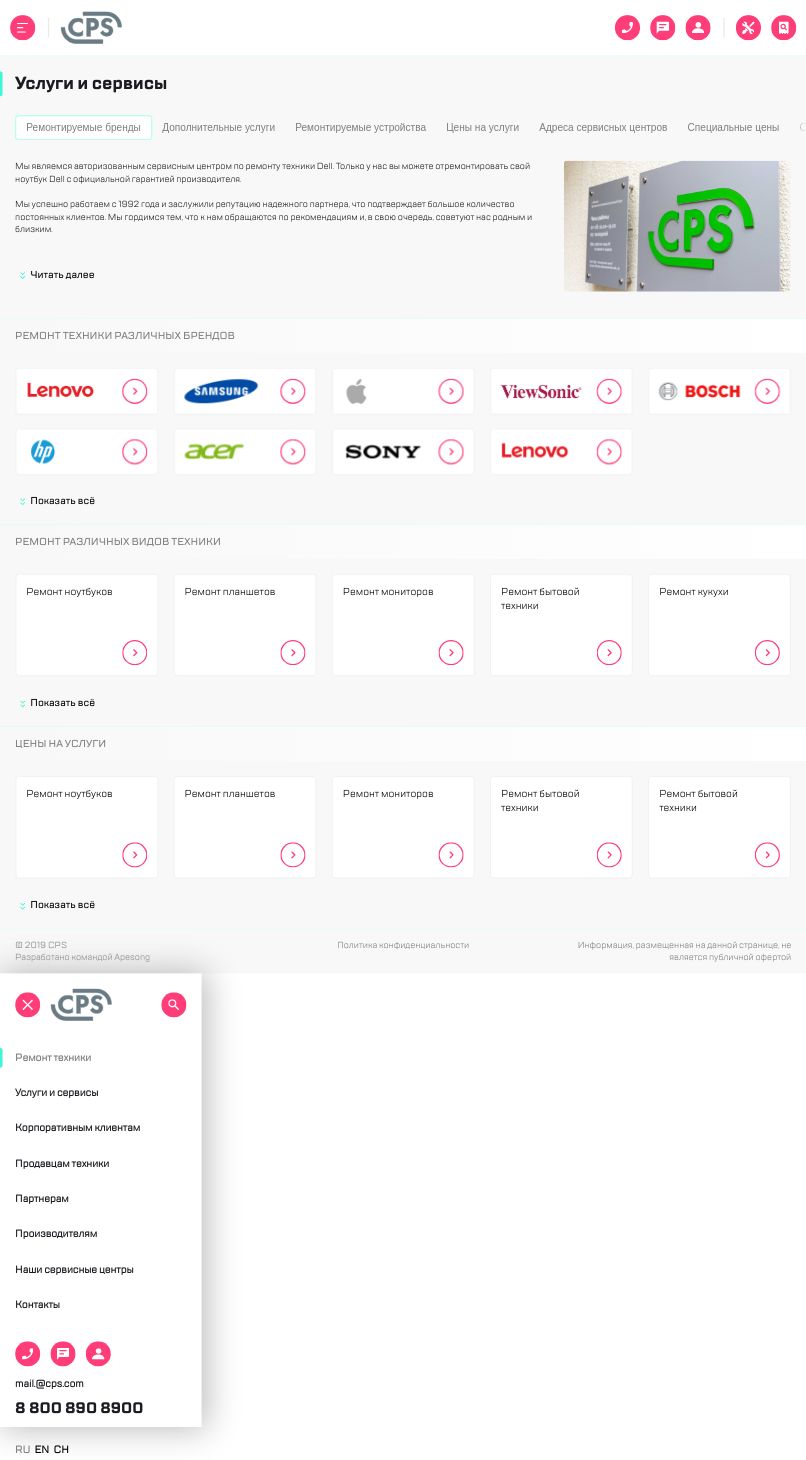
Repository: Dedoxa/WebCoreF
Page: /
The author's editor kept a copy of each file at every save. The page is drawn from the files as they stood at one save, then again after the next save.
The browser window is 1280 px wide. The pictures show the whole page, at 63% of full size.
The project was rebuilt for these pictures with package versions that can differ from the ones it lists, and the page was loaded fresh each time. Also part of the build but not shown: webpack.config.js.

Above is the page before, as saved 2024-06-15 17:18:26.

After the next save:
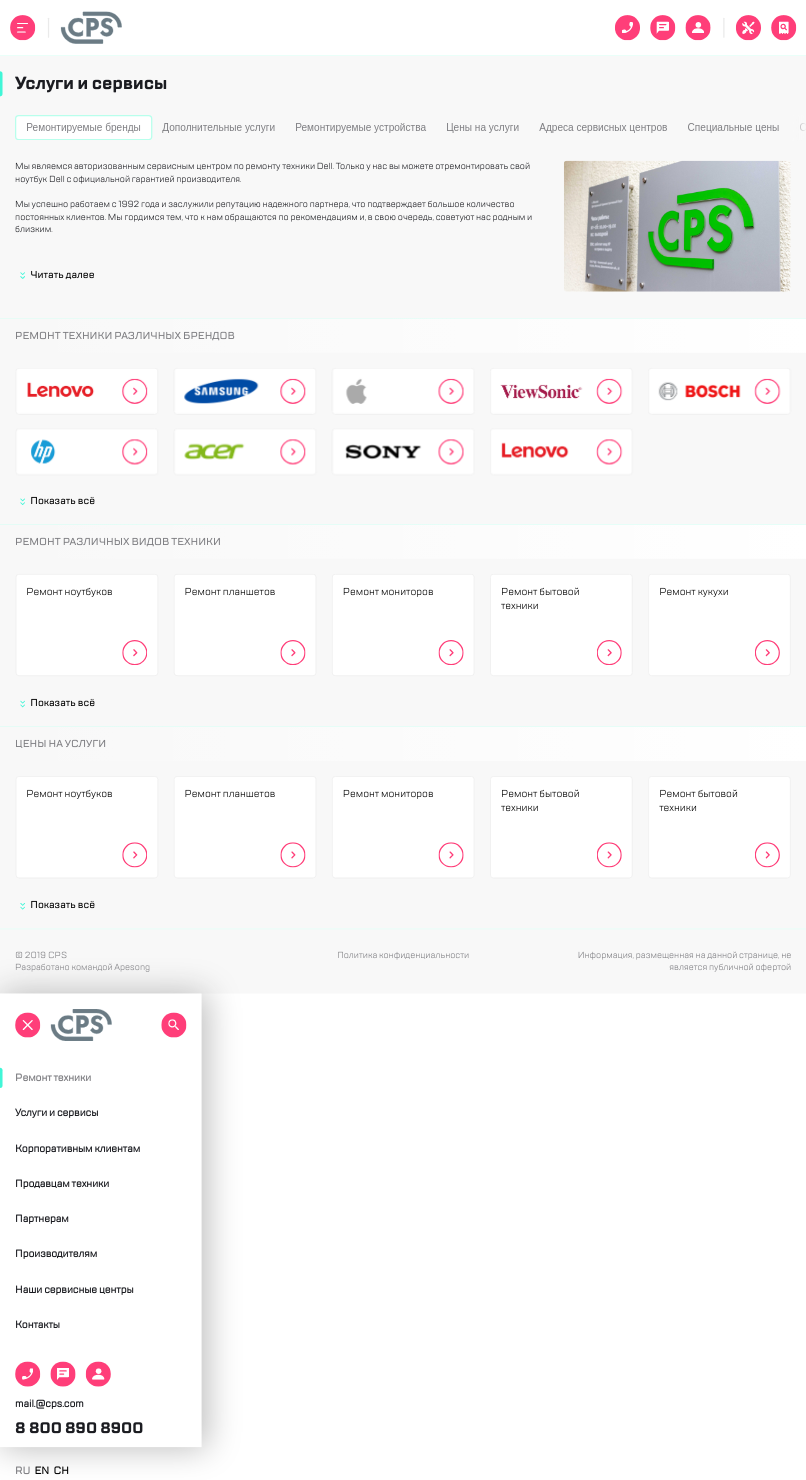
Saved 71 s later.
--- a/src/scss/footer.scss
+++ b/src/scss/footer.scss
@@ -20,6 +20,8 @@
 
     @media (min-width: 768px) {
       flex-direction: row;
+      padding-top: 32px;
+      padding-bottom: 32px;
       padding-right: 24px;
       padding-left: 24px;
     }
